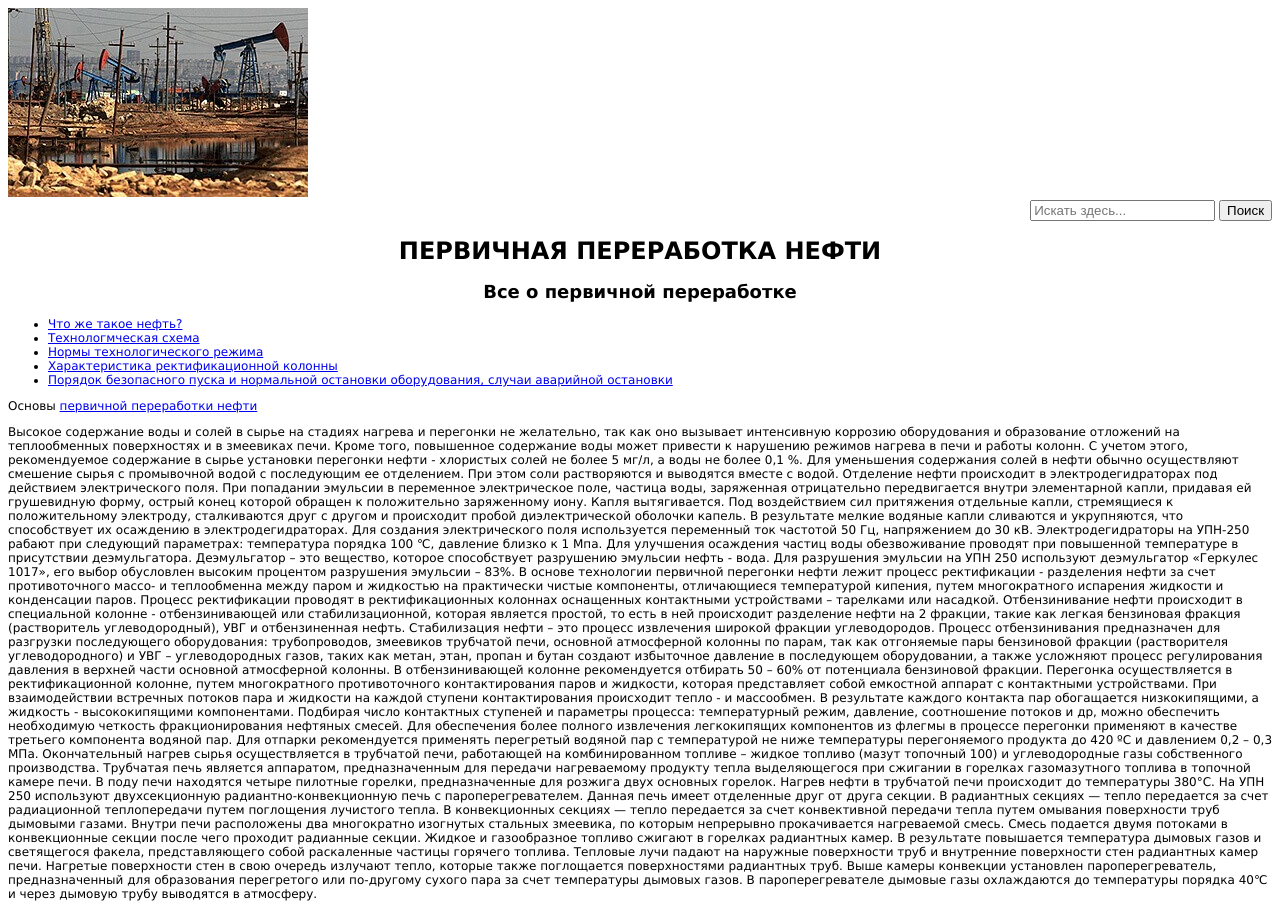
Repository: NastyaSeleznev/NastyaSeleznev.githab.io
Page: week1/index.html
The author's editor kept a record of every edit. The page is drawn from the files as they stood at one moment, then again after the next edit.
The browser window is 1280 px wide. The pictures show the whole page.

Above is the page before.

After the next edit:
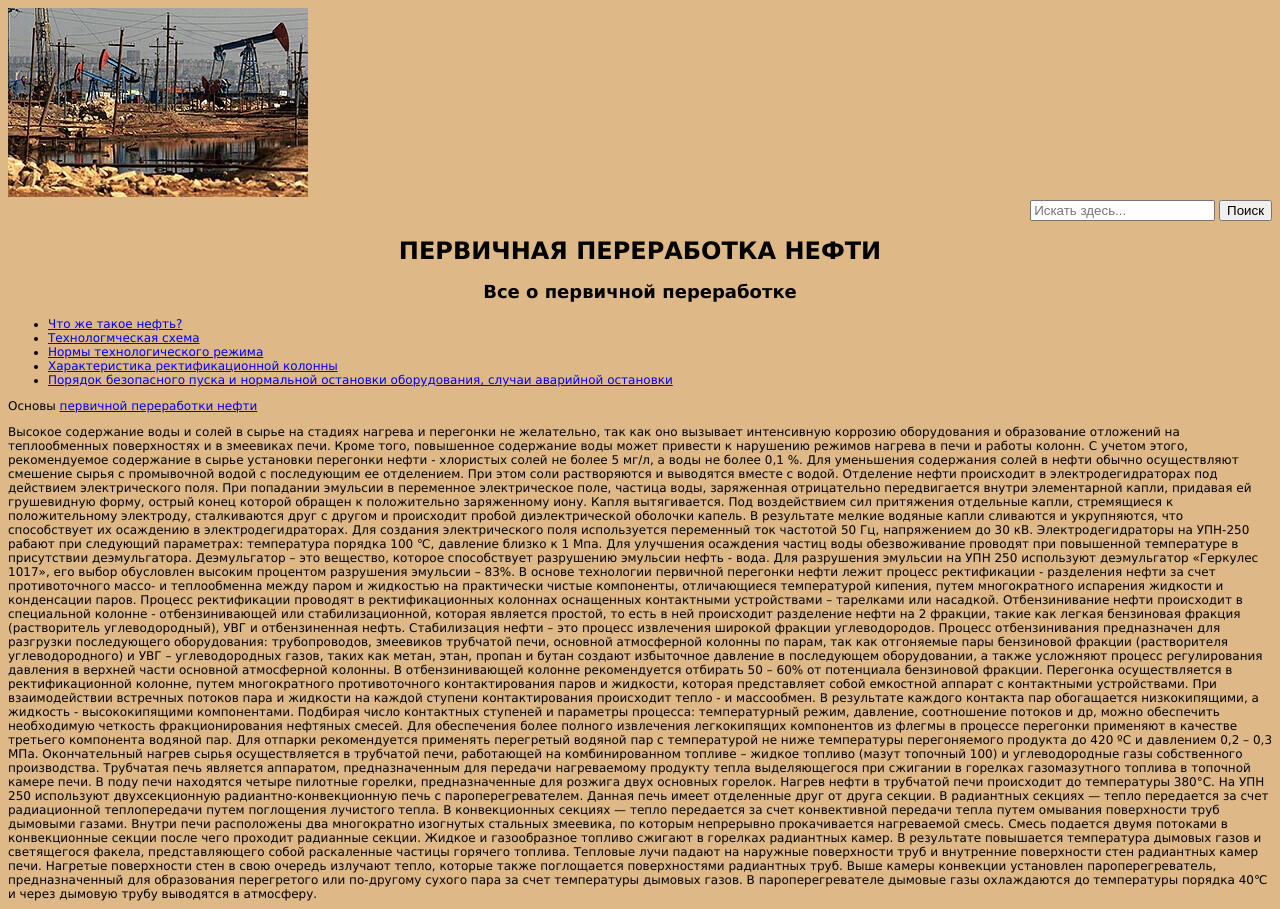
The edit:
--- a/week1/style.css
+++ b/week1/style.css
@@ -1,6 +1,5 @@
 body {
-  color: #000;
-  background: #FFFFFF;
+  background-color: #DEB887;
   word-wrap: break-word;
   font-size: 75%;
   font-family: Verdana, Arial, Sans-Serif;
